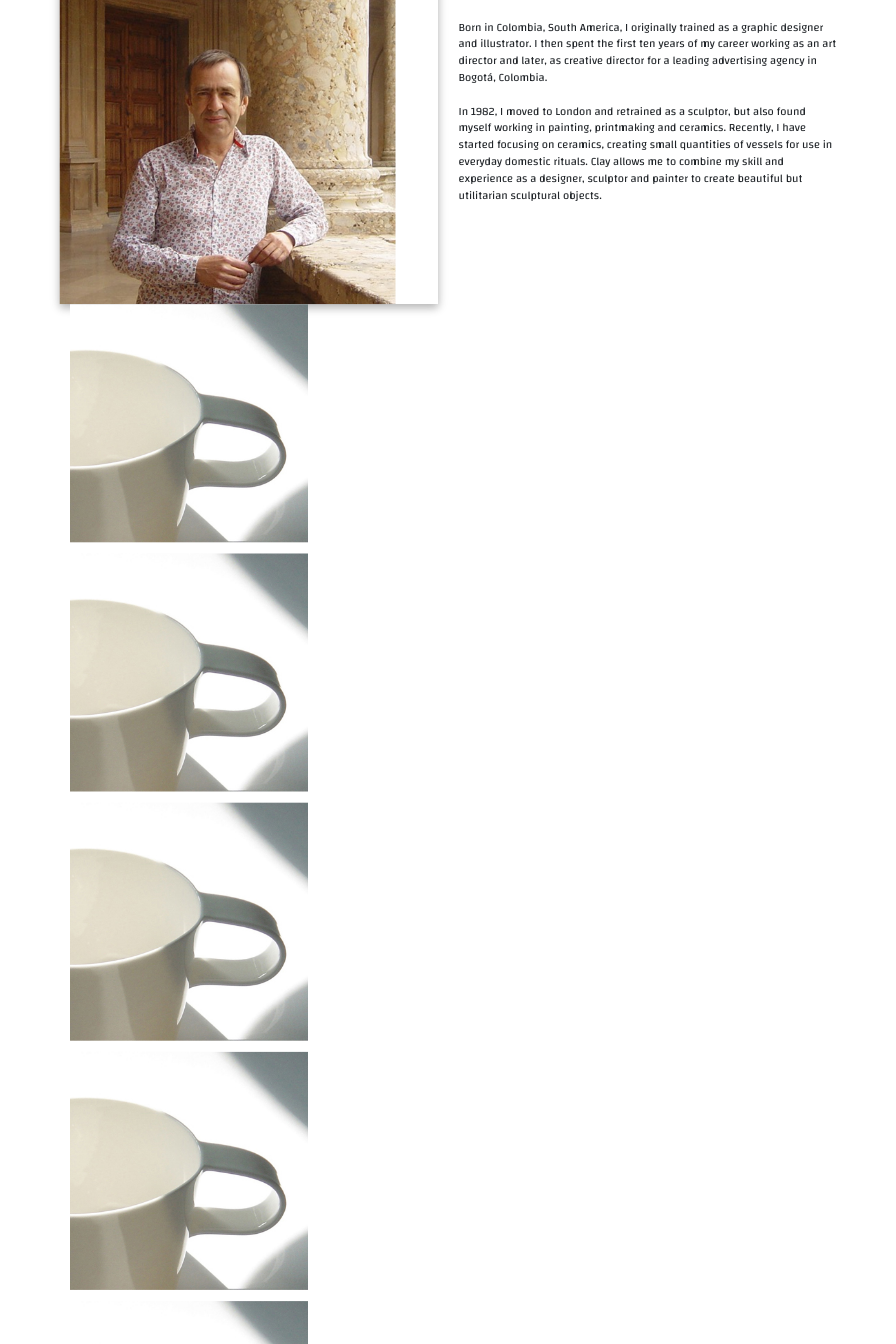
Repository: ManrOsca/ceramics
Page: MDB/index.html
The author's editor kept a record of every edit. The page is drawn from the files as they stood at one moment, then again after the next edit.
The browser window is 1280 px wide. The pictures show the part of the page from y = 664 to 2584 px (the page is 5004 px tall), at 70% of full size.

Above is the page before.

After the next edit:
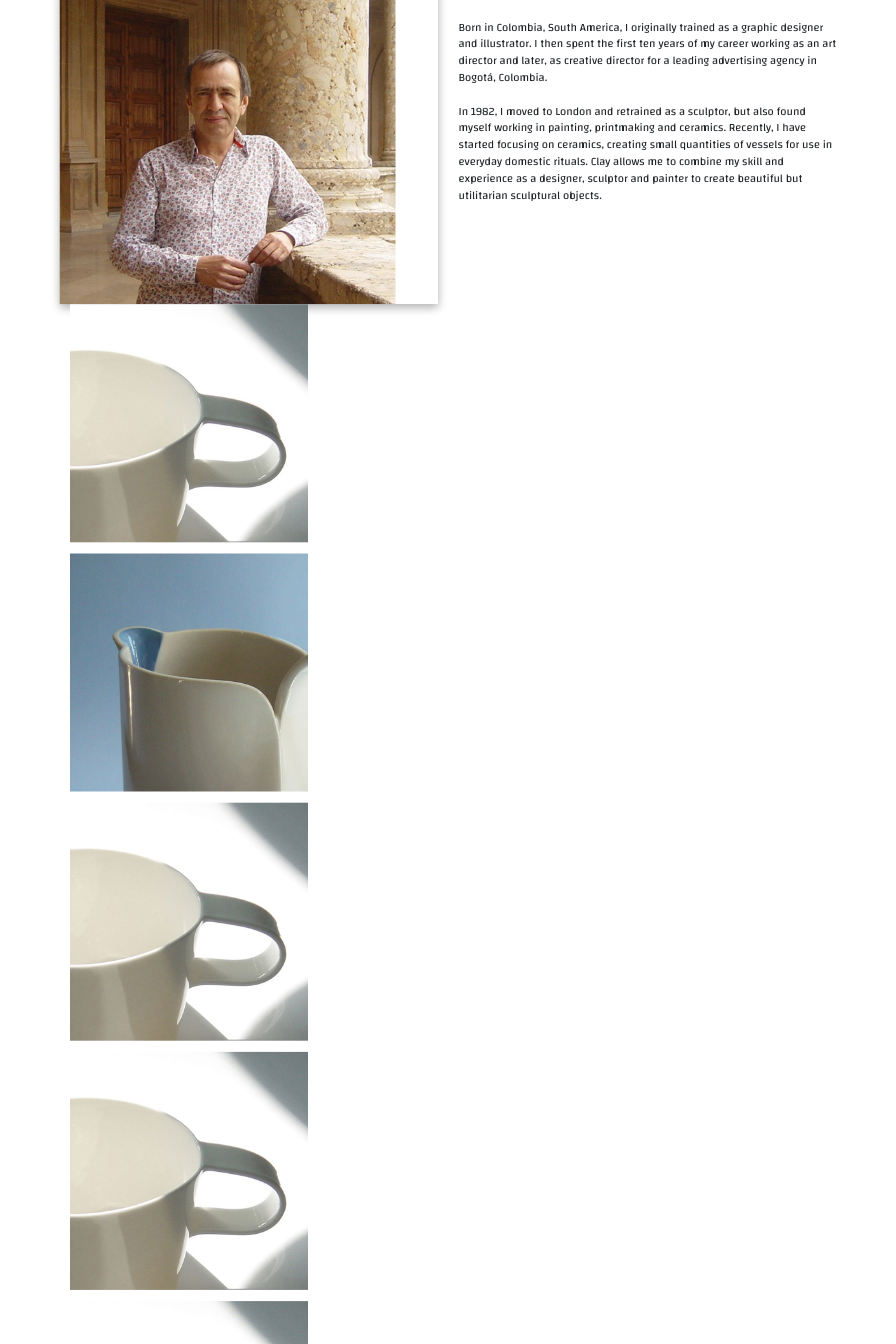
The edit:
--- a/MDB/index.html
+++ b/MDB/index.html
@@ -128,8 +128,8 @@
             </figure>
 
             <figure class="col-md-4">
-                <a href="img/gallery-menu-cups.jpg" data-size="1200x1200">
-                    <img alt="picture" src="img/gallery-menu-cups.jpg" class="img-fluid">
+                <a href="img/gallery-menu-jugs.jpg" data-size="1200x1200">
+                    <img alt="picture" src="img/gallery-menu-jugs.jpg" class="img-fluid">
                 </a>
             </figure>
 
